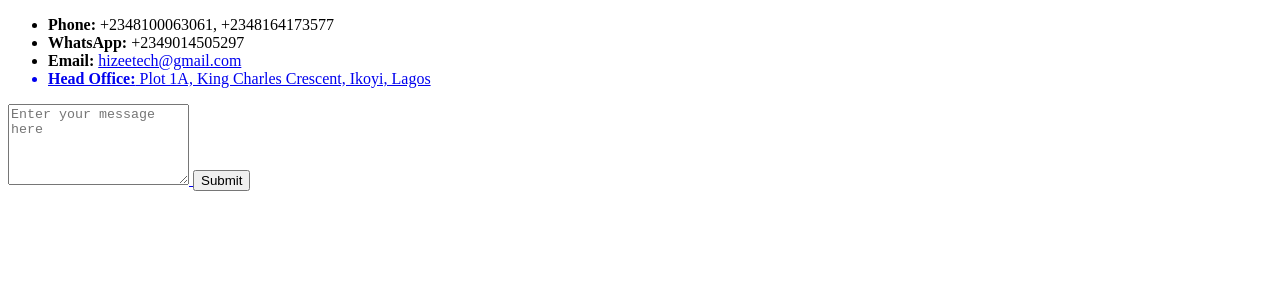
Repository: hizeetech/First-Assignment
Page: contact_us.html
An editor plug-in stored every save of this project. The page is shown before and after the next save, followed by the edit.
The browser window is 1280 px wide. The pictures show the whole page.

Above is the page before, as saved 2024-11-09 01:20:46.

After the next save:
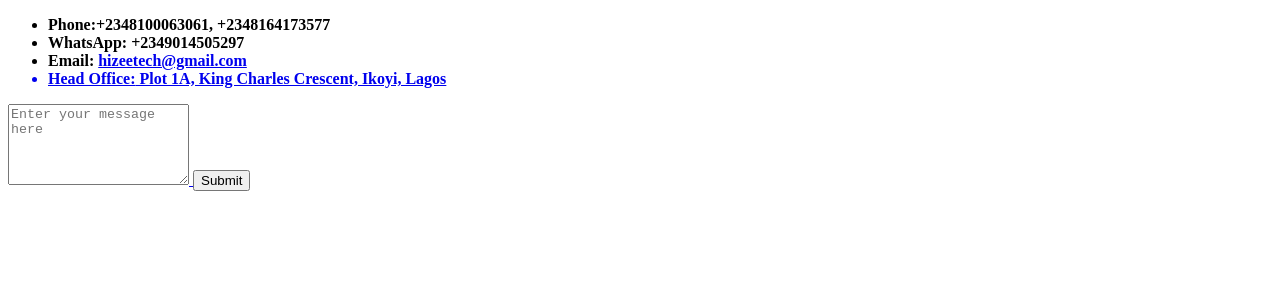
Saved 57 s later.
--- a/contact_us.html
+++ b/contact_us.html
@@ -9,7 +9,7 @@
   <body>
         <p>
             <ul>
-                <li><strong>Phone:</strong> +2348100063061, +2348164173577</li>
+                <li><strong>Phone:+2348100063061, +2348164173577</li>
                 <li><strong>WhatsApp:</strong> +2349014505297</li>
                 <li><strong>Email:</strong>
                     <a href="mailto:hizeetech@gmail.com">hizeetech@gmail.com</li>
